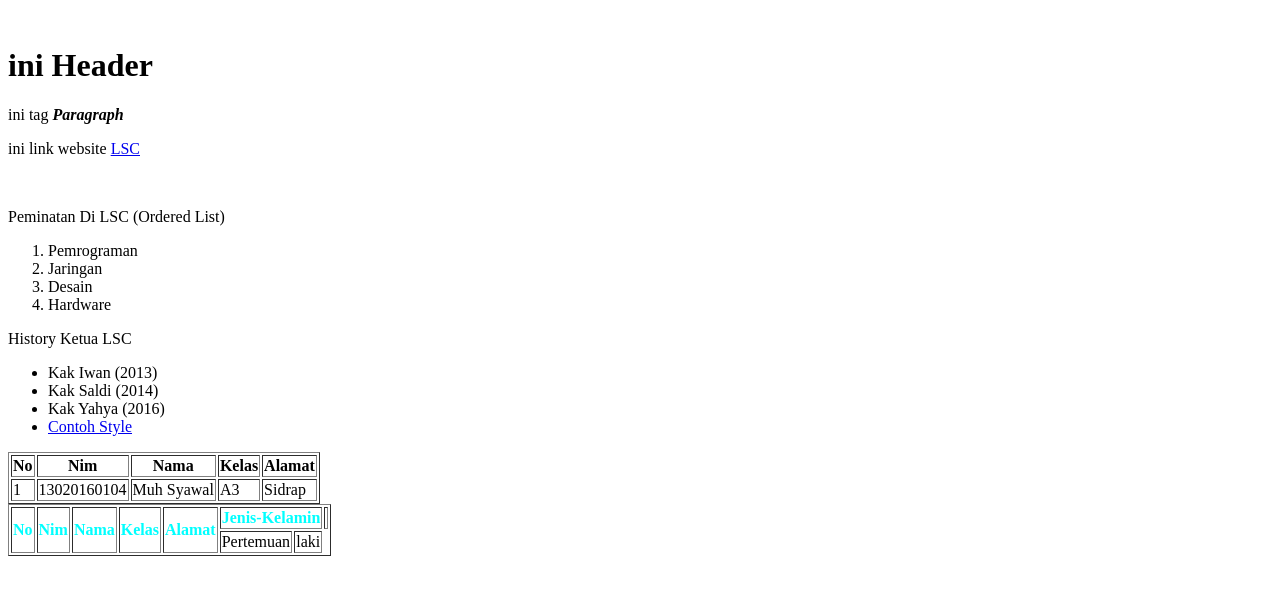
Repository: syawal2kalii/HelloWorld
Page: basichtml.htm
These files come from the project's save history. The page is drawn as it stood at one moment and after the next save; the edit follows.
The browser window is 1280 px wide. The pictures show the whole page.

Above is the page before, as saved 2019-11-17 11:34:21.

### basichtml.htm

<!--
Pertemuan 4
Overview
    Struktur Dasar
    Struktur Tag
        *Tag,Atribute,Property
    Berkenalan Dengan Beberapa Tag
        *header
        *Paragraph
        *Text Style (Bold,italic,font)
        *a
        *image
        *list
        *Table (colspan & Rowspan)
        *input
        *form
        *link import
    Dimensi dari setiap tag (block,inline)
    Studi Case : login,register,table user (No Style)

     -->

<!DOCTYPE html>
<html lang="en">
<head>
    <meta charset="UTF-8">
    <meta name="viewport" content="width=device-width, initial-scale=1.0">
    <meta http-equiv="X-UA-Compatible" content="ie=edge">
    <title>Basic HTML (Pertemuan 5)</title>
</head>
<body>
    <!-- tag atribute value
        global -> style,class (https://www.w3.org/TR/2010/WD-html-markup-20101019/global-attributes.html)
        local -> src
    -->

    <img src="" alt="">
    <h1>ini Header</h1>
    <p>ini tag <b><i>Paragraph</i></b></p>
    <p>ini link website <a href="http://www.lscumi.info.tm">LSC</a> </p>
    <img src="" alt="">
   <p> Peminatan Di LSC (Ordered List) </p>
    <ol>
        <li>Pemrograman</li>
        <li>Jaringan</li>
        <li>Desain</li>
        <li>Hardware</li>
    </ol>

    <p>History Ketua LSC</p>
    <ul>
        <li>Kak Iwan (2013)</li>
        <li>Kak Saldi (2014)</li>
        <li>Kak Yahya (2016)</li>
        <li><a href="https://www.w3schools.com/html/html_lists.asp">Contoh Style</a></li>
    </ul>

    <table border="1"> <!-- tag pembuka -->
        <tr> <!-- table row -->
            <th>No</th> <!-- table Head -->
            <th>Nim</th>
            <th>Nama</th>
            <th>Kelas</th>
            <th>Alamat</th>
        </tr>
        <tr>
            <td>1</td> <!-- table Data -->
            <td>13020160104</td> <!-- table Data -->
            <td>Muh Syawal</td> <!-- table Data -->
            <td>A3</td> <!-- table Data -->
            <td>Sidrap</td> <!-- table Data -->
        </tr>
    </table> <!-- tag penutup -->

    <table border="1">

        <tr style="color: aqua;">
            <th rowspan="2">No</th>
            <th rowspan="2">Nim</th>
            <th rowspan="2">Nama</th>
            <th rowspan="2">Kelas</th>
            <th rowspan="2">Alamat</th>
            <th colspan="2">Jenis-Kelamin</th>
            <th></th>
        </tr>

        <tr>
               <td>Pertemuan</td>
               <td>laki</td>

        </tr>
    </table>

    <!-- <link rel="stylesheet" href="lscumi.info.tm">Ini link ke website LSC -->


</body>


</html>

<!-- kemungkinan Error
    1.tag a tanpa http
    2.Margin di Css
-->

After the next save:
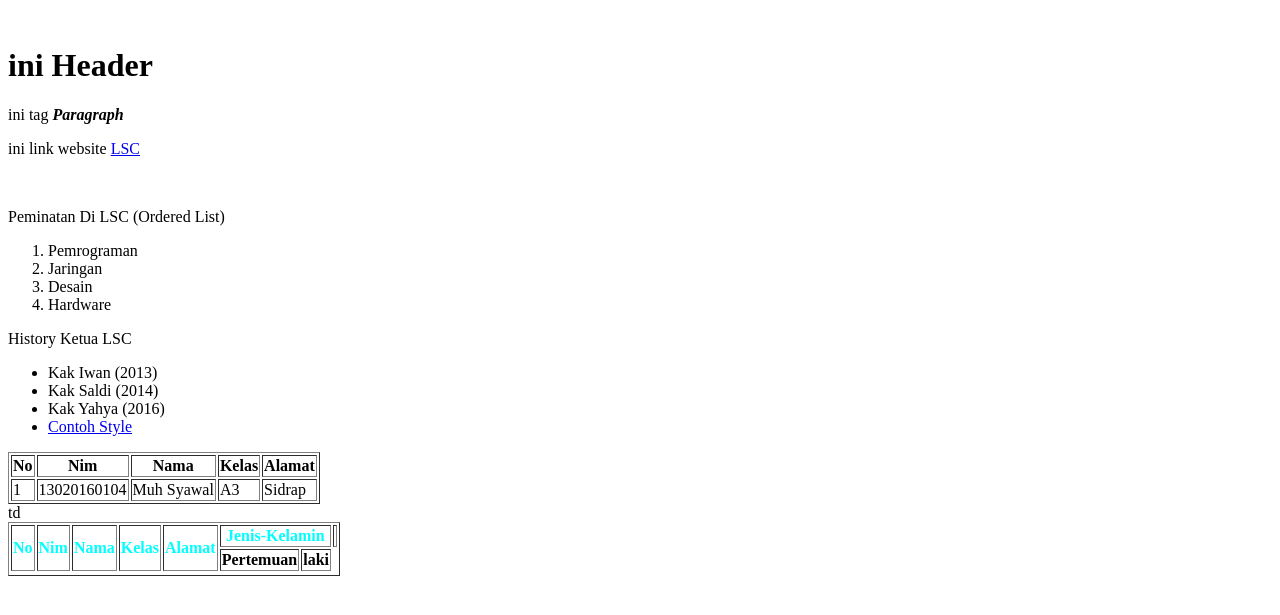
Saved 12 min 19 s later.
--- a/basichtml.htm
+++ b/basichtml.htm
@@ -86,9 +86,12 @@ Overview
         </tr>
 
         <tr>
-               <td>Pertemuan</td>
-               <td>laki</td>
+               <th>Pertemuan</td>
+               <th>laki</td>
 
+        </tr>
+        <tr>
+            td
         </tr>
     </table>
 
